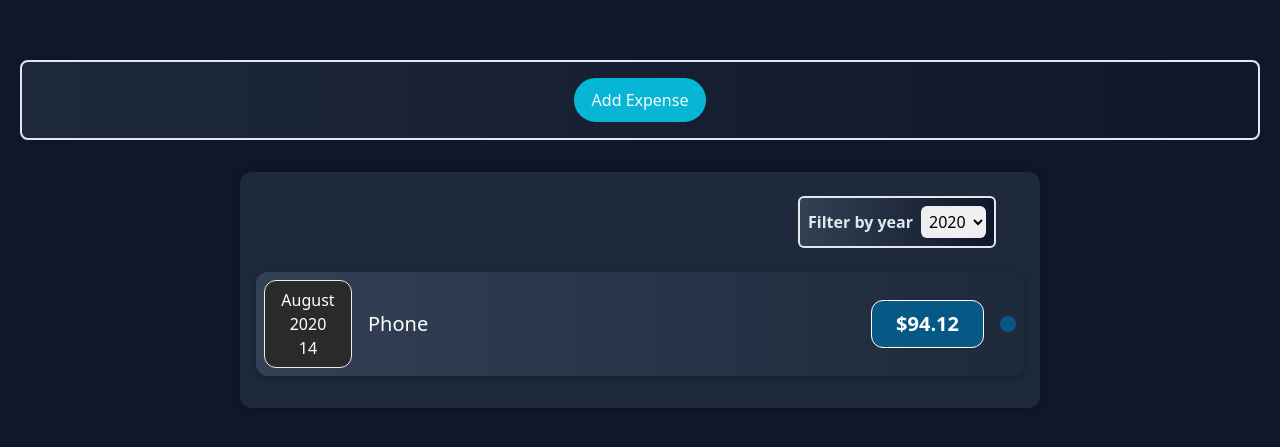
Repository: Sef24/expense-tracker
Page: /
The author's editor kept a copy of each file at every save. The page is drawn from the files as they stood at one save, then again after the next save.
The browser window is 1280 px wide. The pictures show the whole page.
The project was rebuilt for these pictures with package versions that can differ from the ones it lists, and the page was loaded fresh each time. Also part of the build but not shown: src/components/NewExpense/NewExpense.css, src/components/NewExpense/ExpenseForm.css, src/components/NewExpense/ExpenseForm.js.

Above is the page before, as saved 2022-05-03 19:49:20.

### public/index.html
<!DOCTYPE html>
<html lang="en">
  <head>
    <meta charset="utf-8" />
    <link rel="icon" href="%PUBLIC_URL%/favicon.ico" />
    <meta name="viewport" content="width=device-width, initial-scale=1" />

    <meta
      name="description"
      content="Web site created using create-react-app"
    />
    <link rel="apple-touch-icon" href="%PUBLIC_URL%/logo192.png" />
    <!--
      manifest.json provides metadata used when your web app is installed on a
      user's mobile device or desktop. See https://developers.google.com/web/fundamentals/web-app-manifest/
    -->
    <link rel="manifest" href="%PUBLIC_URL%/manifest.json" />
    <!--
      Notice the use of %PUBLIC_URL% in the tags above.
      It will be replaced with the URL of the `public` folder during the build.
      Only files inside the `public` folder can be referenced from the HTML.

      Unlike "/favicon.ico" or "favicon.ico", "%PUBLIC_URL%/favicon.ico" will
      work correctly both with client-side routing and a non-root public URL.
      Learn how to configure a non-root public URL by running `npm run build`.
    -->
    <title>React App</title>
  </head>
  <body>
    <noscript>You need to enable JavaScript to run this app.</noscript>
    <div id="root"></div>
    <!--
      This HTML file is a template.
      If you open it directly in the browser, you will see an empty page.

      You can add webfonts, meta tags, or analytics to this file.
      The build step will place the bundled scripts into the <body> tag.

      To begin the development, run `npm start` or `yarn start`.
      To create a production bundle, use `npm run build` or `yarn build`.
    -->
  </body>
</html>

### src/index.css
@tailwind base;
@tailwind components;
@tailwind utilities;

@layer base {
  body {
    @apply bg-slate-900;
  }
}

### src/App.js
import Expenses from "./components/Expenses";
import NewExpense from "./components/NewExpense/NewExpense";
import { useState } from "react";

const DUMMY_DATA = [
  {
    id: "e1",
    title: "Phone",
    amount: 94.12,
    date: new Date(2020, 7, 14),
  },
  { id: "e2", title: "New TV", amount: 799.49, date: new Date(2021, 2, 12) },
  {
    id: "e3",
    title: "Car Insurance",
    amount: 294.67,
    date: new Date(2021, 2, 28),
  },
  {
    id: "e4",
    title: "New Desk (Wooden)",
    amount: 450,
    date: new Date(2021, 5, 12),
  },
];

function App() {
  const [expenses, setExpenses] = useState(DUMMY_DATA);

  const addExpenseHandler = (expense) => {
    setExpenses((prevExpenses) => {
      return [expense, ...prevExpenses];
    });
  };
  return (
    <div>
      <div>
        <NewExpense onAddExpense={addExpenseHandler} />
        <Expenses items={expenses} />
      </div>
    </div>
  );
}

export default App;

### src/components/Expenses.js
import React, { useState } from "react";
import ExpenseItem from "./ExpenseItem";
import "./Expenses.css";
import ExpensesList from "./ExpensesList";
import ExpensesFilter from "./NewExpense/ExpensesFilter";

function Expenses(props) {
  const [filteredYear, setFilteredYear] = useState("2020");

  const filterChangeHandler = (selectedYear) => {
    setFilteredYear(selectedYear);
  };

  const filteredExpenses = props.items.filter((expense) => {
    return expense.date.getFullYear().toString() === filteredYear;
  });

  return (
    <div>
      <div className="expenses  bg-slate-800 ... ">
        <ExpensesFilter
          selected={filteredYear}
          onChangeFilter={filterChangeHandler}
        />
        <ExpensesList items={filteredExpenses} />
      </div>
    </div>
  );
}

export default Expenses;

### src/components/NewExpense/NewExpense.js
import React from "react";
import "./NewExpense.css";
import ExpenseForm from "./ExpenseForm";
import { useState } from "react";

function NewExpense(props) {
  const [isEditing, setIsEditing] = useState(false);

  const saveExpenseDataHandler = (enteredExpenseData) => {
    const expenseData = {
      ...enteredExpenseData,
      id: Math.random().toString(),
    };

    props.onAddExpense(expenseData);
    setIsEditing(false);
  };

  const startEditingHandler = () => {
    setIsEditing(true);
  };

  const stopEditingHandler = () => {
    setIsEditing(false);
  };

  return (
    <div className="flex flex-col sm:flex-row m-5 justify-between items-center h-auto rounded-lg">
      <div
        className="flex flex-grow justify-evenly w-full p-4 mt-10 items-center  border-2
      bg-gradient-to-r from-slate-800 to-slate-900 ... px-10 rounded-lg "
      >
        {!isEditing && (
          <button
            onClick={startEditingHandler}
            className="flex  items-center justify-center border-2 border-cyan-500 p-2 px-4 rounded-full text-slate-50
          cursor-pointer transition duration-100 transform hover:scale-125 hover:text-white
          bg-cyan-500 text-extra-bold
          "
          >
            Add Expense
          </button>
        )}
        {isEditing && (
          <ExpenseForm
            onSaveExpenseData={saveExpenseDataHandler}
            onCancel={stopEditingHandler}
          />
        )}
      </div>
    </div>
  );
}

export default NewExpense;

### src/components/ExpenseItem.js
import React, { useState } from "react";
import "./ExpenseItem.css";
import ExpenseDate from "./ExpenseDate";

function ExpenseItem(props) {
  const [title, setTitle] = useState(props.title);

  const clickHandler = () => {
    setTitle("Updated");
    console.log(title);
  };

  return (
    <li>
      <div className="expense-item bg-gradient-to-r  from-slate-700  to-slate-800 ... border-x-cyan-100 ">
        <ExpenseDate date={props.date} />

        <div className="expense-item__description">
          <h2>{props.title}</h2>

          <div className="expense-item__price bg-sky-800">${props.amount}</div>
        </div>
        <button
          className="p-2 ml-4 border-transparent rounded-full border-0
        bg-sky-800 font-bold text-slate-50"
          onClick={clickHandler}
        ></button>
      </div>
    </li>
  );
}

export default ExpenseItem;

### src/components/Expenses.css
.expenses {
  padding: 1rem;

  margin: 2rem auto;
  width: 50rem;
  max-width: 95%;
  border-radius: 12px;
  box-shadow: 0 1px 8px rgba(0, 0, 0, 0.25);
}

### src/components/ExpensesList.js
import React from "react";

import ExpenseItem from "./ExpenseItem";

const ExpensesList = (props) => {
  if (props.items.length === 0) {
    return (
      <h2 className="text-white font-extrabold text-xl flex items-center justify-center">
        Found no expenses...
      </h2>
    );
  }

  return (
    <ul>
      {props.items.map((expense) => (
        <ExpenseItem
          key={expense.id}
          id={expense.id}
          title={expense.title}
          amount={expense.amount}
          date={expense.date}
        />
      ))}
    </ul>
  );
};

export default ExpensesList;

### src/components/NewExpense/ExpensesFilter.js
import React from "react";

const ExpensesFilter = (props) => {
  const dropdownChangeHandler = (event) => {
    props.onChangeFilter(event.target.value);
  };
  return (
    <div className="">
      <div className="flex justify-end p-2 mr-5 ">
        <div
          className="border-2  rounded-md border-inherit p-2 ml-6
        bg-gradient-to-r from-slate-700 to-slate-900 ..."
        >
          <label className="text-slate-200 font-bold mr-2">
            Filter by year
          </label>
          <select
            value={props.selected}
            onChange={dropdownChangeHandler}
            className="rounded-md p-1"
          >
            <option value="2022">2022</option>
            <option value="2021">2021</option>
            <option value="2020">2020</option>
            <option value="2019">2019</option>
          </select>
        </div>
      </div>
    </div>
  );
};

export default ExpensesFilter;

### src/components/ExpenseItem.css
.expense-item {
  display: flex;
  justify-content: space-between;
  align-items: center;
  box-shadow: 0 2px 8px rgba(0, 0, 0, 0.25);
  padding: 0.5rem;
  margin: 1rem 0;
  border-radius: 12px;
}

.expense-item__description {
  display: flex;
  flex-direction: column;
  gap: 1rem;
  align-items: flex-end;
  flex-flow: column-reverse;
  justify-content: flex-start;
  flex: 1;
}

.expense-item h2 {
  color: #3a3a3a;
  font-size: 1rem;
  flex: 1;
  margin: 0 1rem;
  color: white;
}

.expense-item__price {
  font-size: 1rem;
  font-weight: bold;
  color: white;

  border: 1px solid white;
  padding: 0.5rem;
  border-radius: 12px;
}

@media (min-width: 580px) {
  .expense-item__description {
    flex-direction: row;
    align-items: center;
    justify-content: flex-start;
    flex: 1;
  }

  .expense-item__description h2 {
    font-size: 1.25rem;
  }

  .expense-item__price {
    font-size: 1.25rem;
    padding: 0.5rem 1.5rem;
  }
}

### src/components/ExpenseDate.js
import React from "react";
import "./ExpenseDate.css";

function ExpenseDate(props) {
  const month = props.date.toLocaleString("en-US", { month: "long" });
  const day = props.date.getDate();
  const year = props.date.getFullYear();

  return (
    <div className="expense-date">
      <div className="expense__month">{month}</div>
      <div className="expense__year">{year}</div>
      <div className="expense__day">{day}</div>
    </div>
  );
}

export default ExpenseDate;

Loaded but not shown: src/index.js (common file); src/components/ExpenseDate.css (common file); tailwind.config.js (common file)

After the next save:
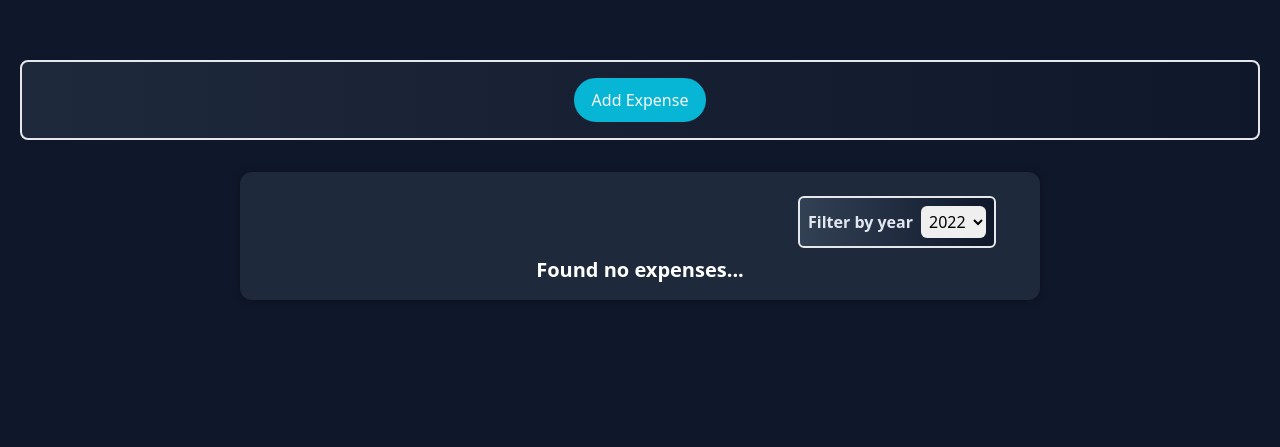
Saved 69 s later.
--- a/src/components/Expenses.js
+++ b/src/components/Expenses.js
@@ -5,7 +5,7 @@ import ExpensesList from "./ExpensesList";
 import ExpensesFilter from "./NewExpense/ExpensesFilter";
 
 function Expenses(props) {
-  const [filteredYear, setFilteredYear] = useState("2020");
+  const [filteredYear, setFilteredYear] = useState("");
 
   const filterChangeHandler = (selectedYear) => {
     setFilteredYear(selectedYear);
